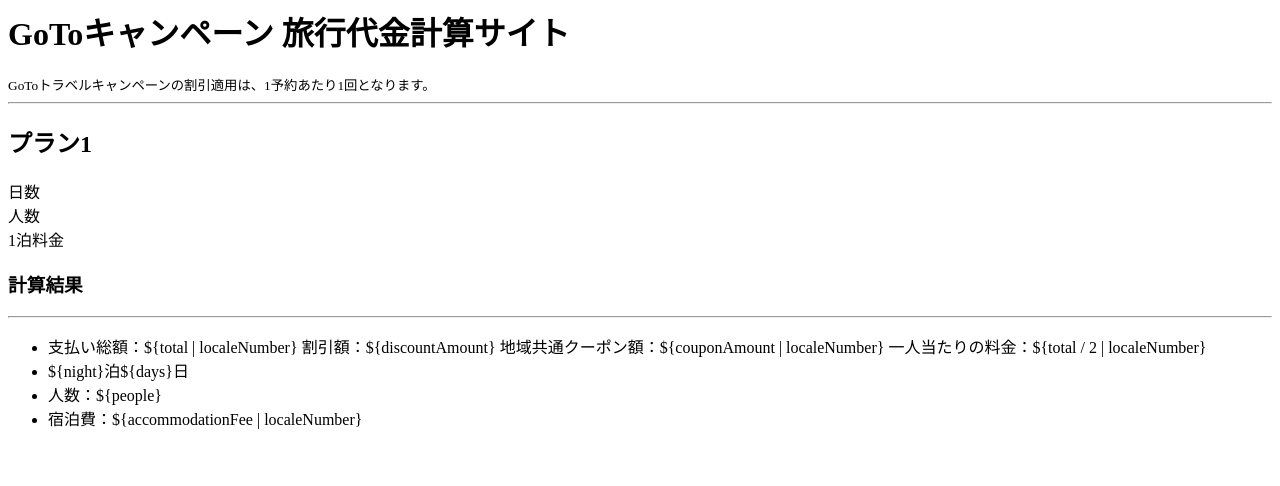
Repository: Ischca/ischca.github.io
Page: src/my-app.html
An editor plug-in stored every save of this project. The page is shown before and after the next save, followed by the edit.
The browser window is 1280 px wide. The pictures show the whole page.

Above is the page before, as saved 2020-10-02 17:03:41.

After the next save:
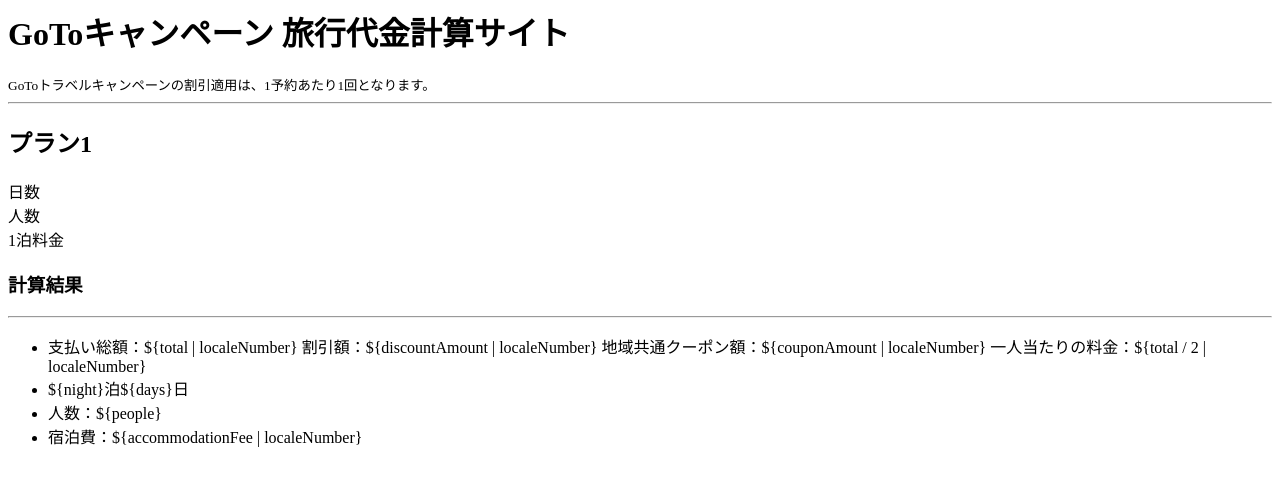
Saved 63 min 19 s later.
--- a/src/my-app.html
+++ b/src/my-app.html
@@ -55,7 +55,7 @@
         <ul class="list-group list-group-flush">
             <li class="list-group-item">
                 支払い総額：${total | localeNumber}
-                割引額：${discountAmount}
+                割引額：${discountAmount | localeNumber}
                 地域共通クーポン額：${couponAmount | localeNumber}
 
                 一人当たりの料金：${total / 2 | localeNumber}
